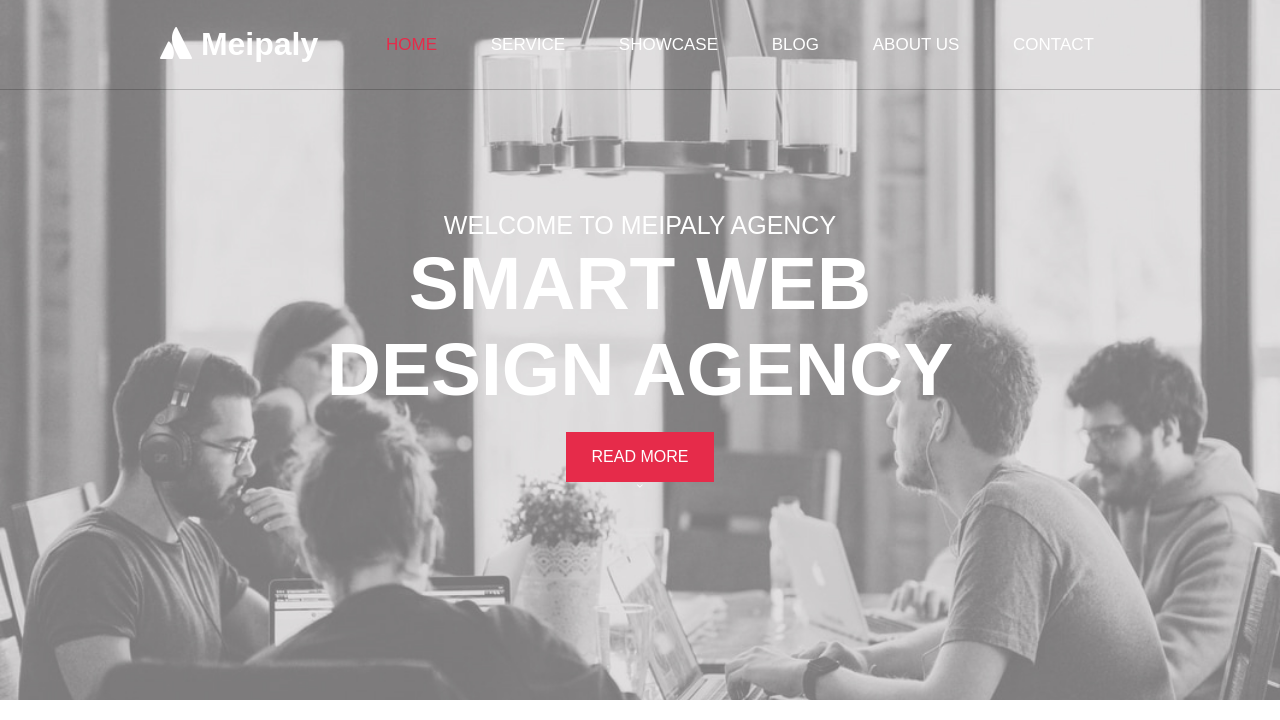
Repository: tudo1611/BC44_HTML5-CSS3_B6_MAIPALY_DO-TRUNG-TU
Page: index.html
An editor plug-in stored every save of this project. The page is shown before and after a run of saves, followed by the edit.
The browser window is 1280 px wide. The pictures show the whole page.

Above is the page before, as saved 2023-01-15 15:18:27.

### index.html
<!DOCTYPE html>
<html lang="en">
  <head>
    <meta charset="UTF-8" />
    <meta http-equiv="X-UA-Compatible" content="IE=edge" />
    <meta name="viewport" content="width=device-width, initial-scale=1.0" />
    <title>Document</title>
    <link
      rel="stylesheet"
      href="https://cdnjs.cloudflare.com/ajax/libs/font-awesome/6.2.1/css/all.min.css"
    />
    <link rel="stylesheet" href="./css/style.css" />
  </head>
  <body>
    <header>
      <div class="header__content">
        <div class="header__logo">
          <i class="fab fa-atlassian"></i>
          <span>Meipaly</span>
        </div>
        <nav>
          <ul>
            <li class="active"><a href="#">Home</a></li>
            <li><a href="#">Service</a></li>
            <li><a href="#">Showcase</a></li>
            <li><a href="#">Blog</a></li>
            <li><a href="#">About us</a></li>
            <li><a href="#">Contact</a></li>
          </ul>
        </nav>
      </div>
    </header>
    <section class="banner"></section>
    <section class="carousel">
      <div class="carousel__content">
        <p>WELCOME TO MEIPALY AGENCY</p>
        <h1>
          SMART WEB <br />
          DESIGN AGENCY
        </h1>
        <button>READ MORE</button>
        <div class="carousel__scroll">
          <i class="fa fa-chevron-down"></i>
        </div>
      </div>
    </section>
    <section class="blogs"></section>
    <section class="number"></section>
    <section class="experience"></section>
    <section class="contact"></section>
  </body>
</html>

### css/style.css
* {
  margin: 0;
  padding: 0;
  box-sizing: border-box;
}
html,
body {
  font-family: "Oswald", sans-serif;
  font-size: 62.5%;
}
/* header  */
header {
  background-color: transparent;
  border-bottom: 1px solid rgba(0, 0, 0, 0.2);
  position: absolute;
  z-index: 10;
  width: 100%;
}
.header__content {
  width: 75%;
  margin: 0 auto;
  color: #fff;
  display: flex;
  justify-content: space-between;
  align-items: center;
  padding: 2.6rem 0;
}
.header__content ul {
  list-style: none;
}
.header__logo {
  font-size: 3.2rem;
  font-weight: 700;
  /* color: #fff; */
}
.header__content li {
  display: inline-block;
  padding: 0 2.6rem;
}
.header__content li.active a {
  color: #e62b4a;
}
.header__content li a {
  font-size: 1.7rem;
  color: #fff;
  text-transform: uppercase;
  text-decoration: none;
}
/* carousel  */
.carousel {
    background-image: url(../img/home_slider.jpg);
    background-size: cover;
    background-position: center;
    height: 70rem;
    display: flex;
    justify-content: center;
    align-items: center;
}
.carousel__content{
    color: #fff;
    text-align: center;
}
.carousel__content p{
    font-size: 2.5rem;
}
.carousel__content h1{
    font-size: 7.5rem;
}
.carousel__content button {
    font-size: 1.6rem;
    margin-top: 2rem;
    padding: 1.5rem 2.5rem;
    background-color: #e62b4a;
    color: white;
    border: 1px solid #e62b4a;
    cursor: pointer;
    transition: all 0.5s;
}
.carousel__content button:hover {
    background-color: #af2239;
}

After the next 2 saves:
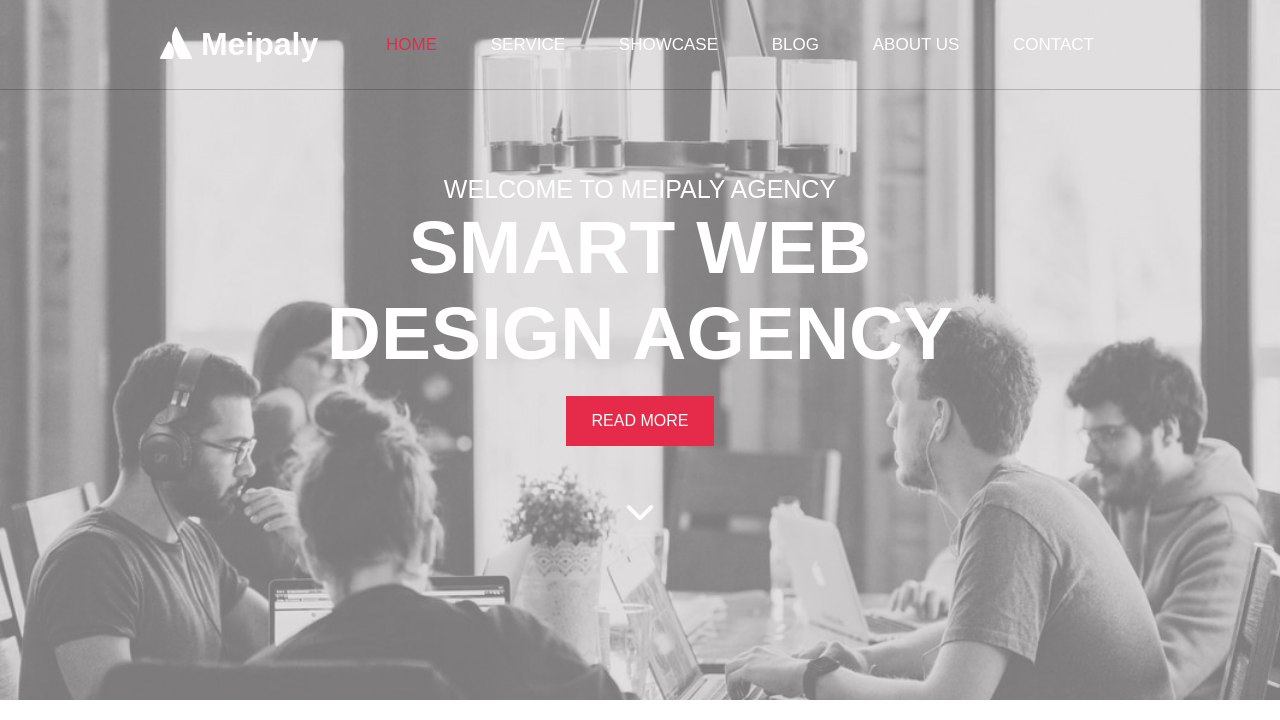
The 2 saves are shown as one change because they came seconds apart.
The last was saved 56 s later.
--- a/css/style.css
+++ b/css/style.css
@@ -79,3 +79,7 @@
 .carousel__content button:hover {
     background-color: #af2239;
 }
+.carousel__scroll i {
+    margin-top: 50px;
+    font-size: 30px;
+}
